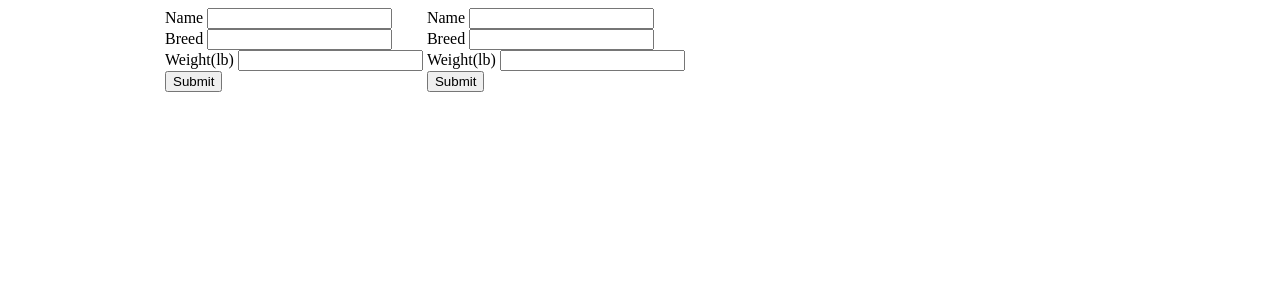
Repository: harshithamagani/Java-Basics
Page: http://localhost/pets/
These files come from the project's save history. The page is drawn as it stood at one moment and after the next save; the edit follows.
The browser window is 1280 px wide. The pictures show the whole page.
The page is served by Tomcat 9. Other server files are loaded and not shown.

Above is the page before, as saved 2019-11-05 01:03:36.

### pets/WebContent/WEB-INF/index.jsp
<%@ page language="java" contentType="text/html; charset=UTF-8"
    pageEncoding="UTF-8"%>
<!DOCTYPE html>
<html>
<head>
<meta charset="UTF-8">
<title>Pets Form</title>
<style type="text/css">
#wrapper{
width:950px;
margin: 0 auto;
}
#dog-section{
display: inline-block;
}
#cat-section{
display: inline-block;
}

</style>
</head>
<body>
	<div id="wrapper">
		<div id="dog-section">
			<form action="/dog" method="GET">
				<label>Name</label>
				<input name="name" type="text"><br>
				<label>Breed</label>
				<input name="breed" type="text"><br>
				<label>Weight(lb)</label>
				<input name="weight" type="text"><br>
				<input name="submit" type="submit" value="Submit">
			</form>
		</div>
		<div id="cat-section">
		<form action="/cat" method="GET">
			<label>Name</label>
			<input name="name" type="text"><br>
			<label>Breed</label>
			<input name="breed" type="text"><br>
			<label>Weight(lb)</label>
			<input name="weight" type="text"> <br>
			<input name="submit" type="submit" value="Submit">
		</form>
		</div>
	</div>
</body>
</html>

### pets/src/com/pets/codingdojo/controllers/index.java
package com.pets.codingdojo.controllers;

import java.io.IOException;

import javax.servlet.RequestDispatcher;
import javax.servlet.ServletException;
import javax.servlet.annotation.WebServlet;
import javax.servlet.http.HttpServlet;
import javax.servlet.http.HttpServletRequest;
import javax.servlet.http.HttpServletResponse;

/**
 * Servlet implementation class index
 */
@WebServlet("/")
public class index extends HttpServlet {
	private static final long serialVersionUID = 1L;

    /**
     * @see HttpServlet#HttpServlet()
     */
    public index() {
        super();
        // TODO Auto-generated constructor stub
    }

	/**
	 * @see HttpServlet#doGet(HttpServletRequest request, HttpServletResponse response)
	 */
	protected void doGet(HttpServletRequest request, HttpServletResponse response) throws ServletException, IOException {
		// TODO Auto-generated method stub
		RequestDispatcher req = request.getRequestDispatcher("/WEB-INF/index.jsp");
		req.forward(request, response);
	}

	/**
	 * @see HttpServlet#doPost(HttpServletRequest request, HttpServletResponse response)
	 */
	protected void doPost(HttpServletRequest request, HttpServletResponse response) throws ServletException, IOException {
		// TODO Auto-generated method stub
		doGet(request, response);
	}

}

After the next save:
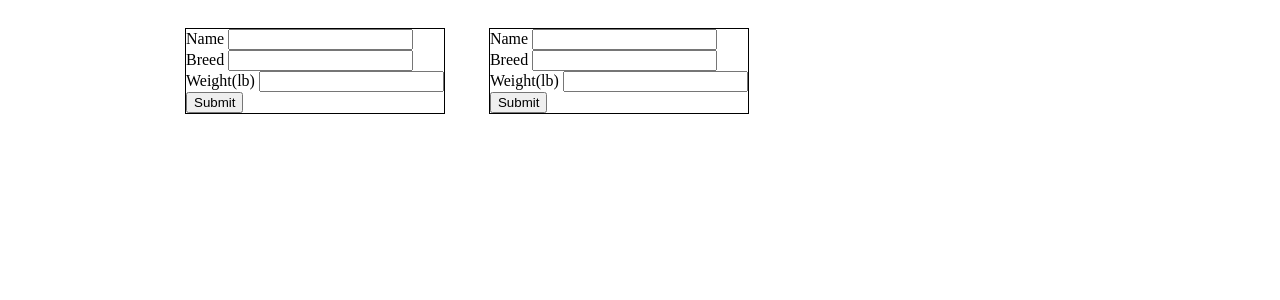
Saved 51 s later.
--- a/pets/WebContent/WEB-INF/index.jsp
+++ b/pets/WebContent/WEB-INF/index.jsp
@@ -12,9 +12,13 @@ margin: 0 auto;
 }
 #dog-section{
 display: inline-block;
+border: solid black 1px;
+margin : 20px;
 }
 #cat-section{
 display: inline-block;
+border: solid black 1px;
+margin : 20px;
 }
 
 </style>
